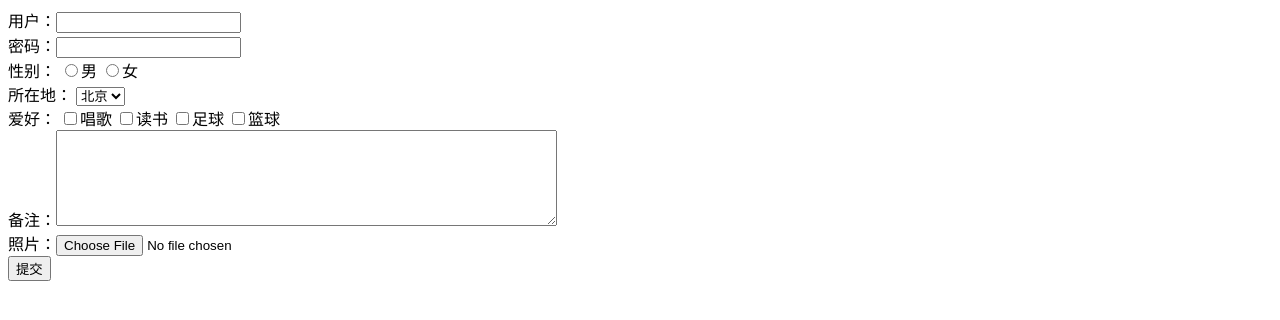
Repository: hellomonkey123/github
Page: javatest/test9/WebRoot/form2.html
The author's editor kept a copy of each file at every save. The page is drawn from the files as they stood at one save, then again after the next save.
The browser window is 1280 px wide. The pictures show the whole page.

Above is the page before, as saved 2018-08-18 11:11:37.

After the next save:
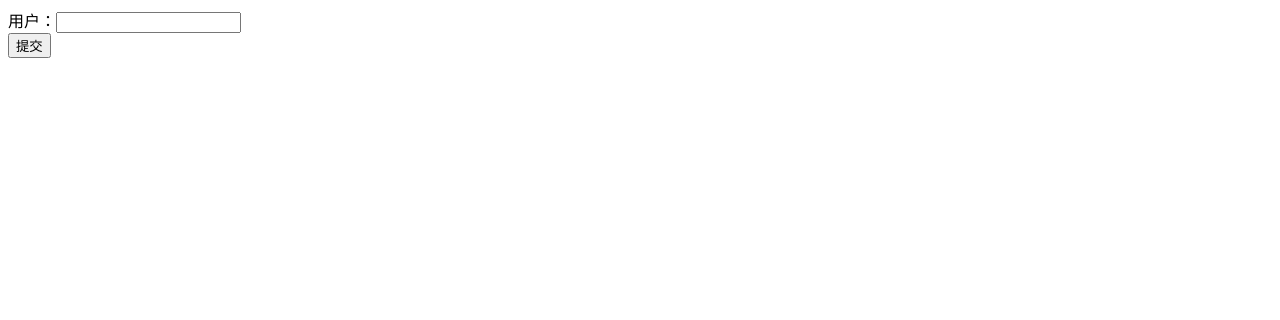
Saved 45 s later.
--- a/javatest/test9/WebRoot/form2.html
+++ b/javatest/test9/WebRoot/form2.html
@@ -2,7 +2,7 @@
 <html>
 	<head>
 		<meta charset="UTF-8">
-		<title>form.html</title>
+		<title>form2.html</title>
 		<meta http-equiv="keywords" content="keyword1,keyword2,keyword3">
 		<meta http-equiv="description" content="this is my page">
 		<meta http-equiv="content-type" content="text/html;charset=UTF-8">
@@ -14,31 +14,6 @@
 
 		<form action="/test9/servlet/RequestDemo3" method="post">
 			用户：<input type="text" name="username"><br/>
-			密码：<input type="password" name="password"><br/>
-			性别：
-				<input type="radio" name="gender" value="male">男
-				<input type="radio" name="gender" value="female">女
-				<br/>
-
-			所在地：
-				<select name="city">
-					<option>北京</option>
-					<option>上海</option>
-					<option>深圳</option>
-				</select>
-				<br/>
-			爱好：
-				<input type="checkbox" name="likes" value="sing">唱歌
-				<input type="checkbox" name="likes" value="reading">读书
-				<input type="checkbox" name="likes" value="football">足球
-				<input type="checkbox" name="likes" value="basketball">篮球
-				<br/>
-			备注：<textarea rows="6" cols="60" name="description"></textarea><br/>
-
-			照片：<input type="file" name="image"><br/>
-
-			<input type="hidden" name="id" value="hfdjj">
-
 
 			<input type="submit" value="提交">
 		</form>
